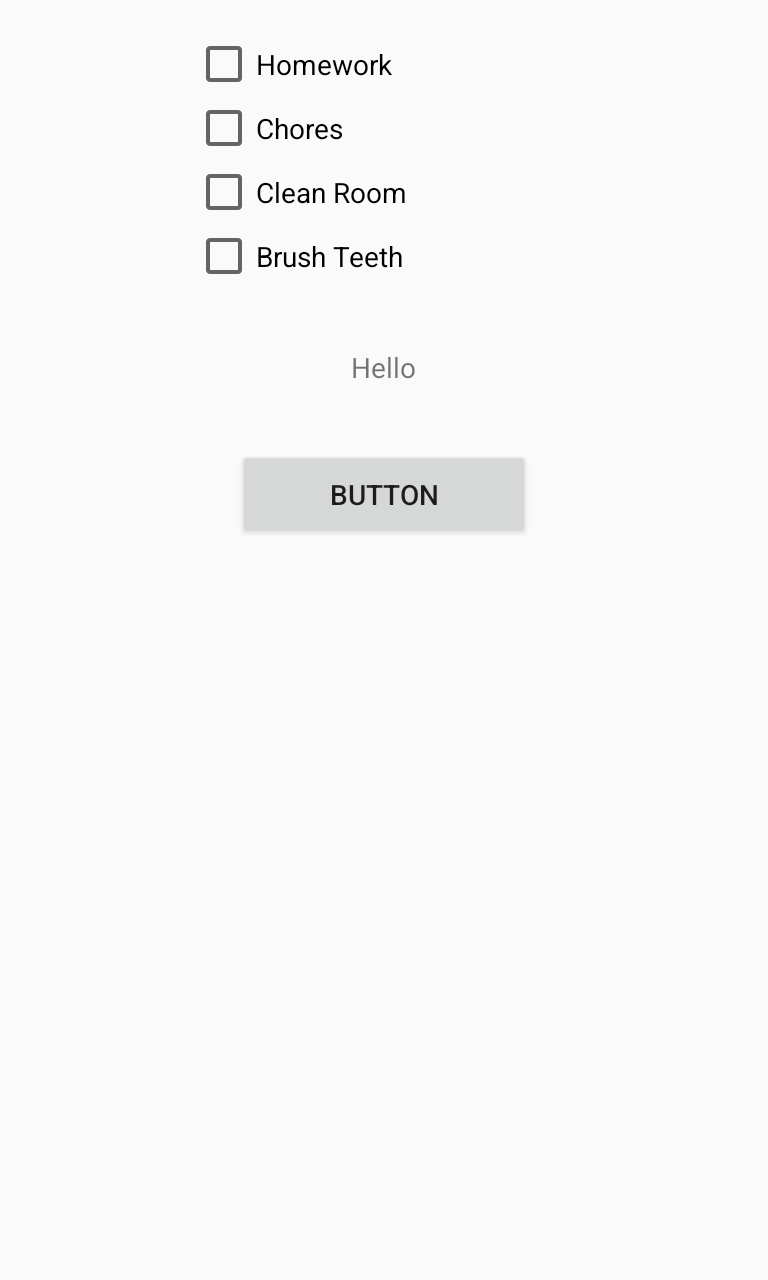
Repository: g80349/Java1
Layout: Week1 Project/ToDoList/res/layout/fragment_main.xml
The author's editor kept a copy of each file at every save. The layout is drawn from the files as they stood at one save, then again after the next save.
It is drawn on a 768 x 1280 px phone screen (xhdpi) without system bars, with theme AppTheme; the app's code is not run.

Above is the layout before, as saved 2014-04-03 17:21:50.

### Week1 Project/ToDoList/res/layout/fragment_main.xml
<LinearLayout xmlns:android="http://schemas.android.com/apk/res/android"
    xmlns:tools="http://schemas.android.com/tools"
    android:layout_width="match_parent"
    android:layout_height="match_parent"
    android:orientation="vertical"
    android:paddingBottom="@dimen/activity_vertical_margin"
    android:paddingLeft="@dimen/activity_horizontal_margin"
    android:paddingRight="@dimen/activity_horizontal_margin"
    android:paddingTop="@dimen/activity_vertical_margin"
    tools:context="com.example.todolist.MainActivity$PlaceholderFragment" >

    <CheckBox
        android:id="@+id/check_homework"
        android:layout_width="wrap_content"
        android:layout_height="wrap_content"
        android:layout_marginLeft="80dp"
        android:text="@string/check_homework" />

    <CheckBox
        android:id="@+id/check_chores"
        android:layout_width="wrap_content"
        android:layout_height="wrap_content"
        android:layout_marginLeft="80dp"
        android:text="@string/check_chores" />

    <CheckBox
        android:id="@+id/check_cleanRoom"
        android:layout_width="wrap_content"
        android:layout_height="wrap_content"
        android:layout_marginLeft="80dp"
        android:text="@string/check_cleanRoom" />

    <CheckBox
        android:id="@+id/check_brushTeeth"
        android:layout_width="wrap_content"
        android:layout_height="wrap_content"
        android:layout_marginLeft="80dp"
        android:text="@string/check_brushTeeth" />

    <TextView
        android:id="@+id/textView_toDo"
        android:layout_width="wrap_content"
        android:layout_height="wrap_content"
        android:layout_gravity="center_horizontal"
        android:layout_marginBottom="30dp"
        android:layout_marginTop="30dp"
        android:text="@string/textView_toDo" />

    <Button
        android:id="@+id/button1"
        android:layout_width="148dp"
        android:layout_height="wrap_content"
        android:layout_gravity="center"
        android:text="Button" />

</LinearLayout>

### Week1 Project/ToDoList/res/values/strings.xml
<?xml version="1.0" encoding="utf-8"?>
<resources>

    <string name="app_name">To Do List</string>
    <string name="check_homework">Homework</string>
    <string name="check_chores">Chores</string>
    <string name="check_cleanRoom">Clean Room</string>
    <string name="check_brushTeeth">Brush Teeth</string>
    <string name="button_clear">Clear</string>
    <string name="textView_toDo">Hello</string>
    <string name="action_settings">Settings</string>

</resources>

Loaded but not shown: Week1 Project/ToDoList/res/values/styles.xml (common file); Week1 Project/ToDoList/res/values-v11/styles.xml (common file); Week1 Project/ToDoList/res/values-v14/styles.xml (common file); Week1 Project/ToDoList/res/values/dimens.xml (common file); Week1 Project/ToDoList/res/values-w820dp/dimens.xml (common file)

After the next save:
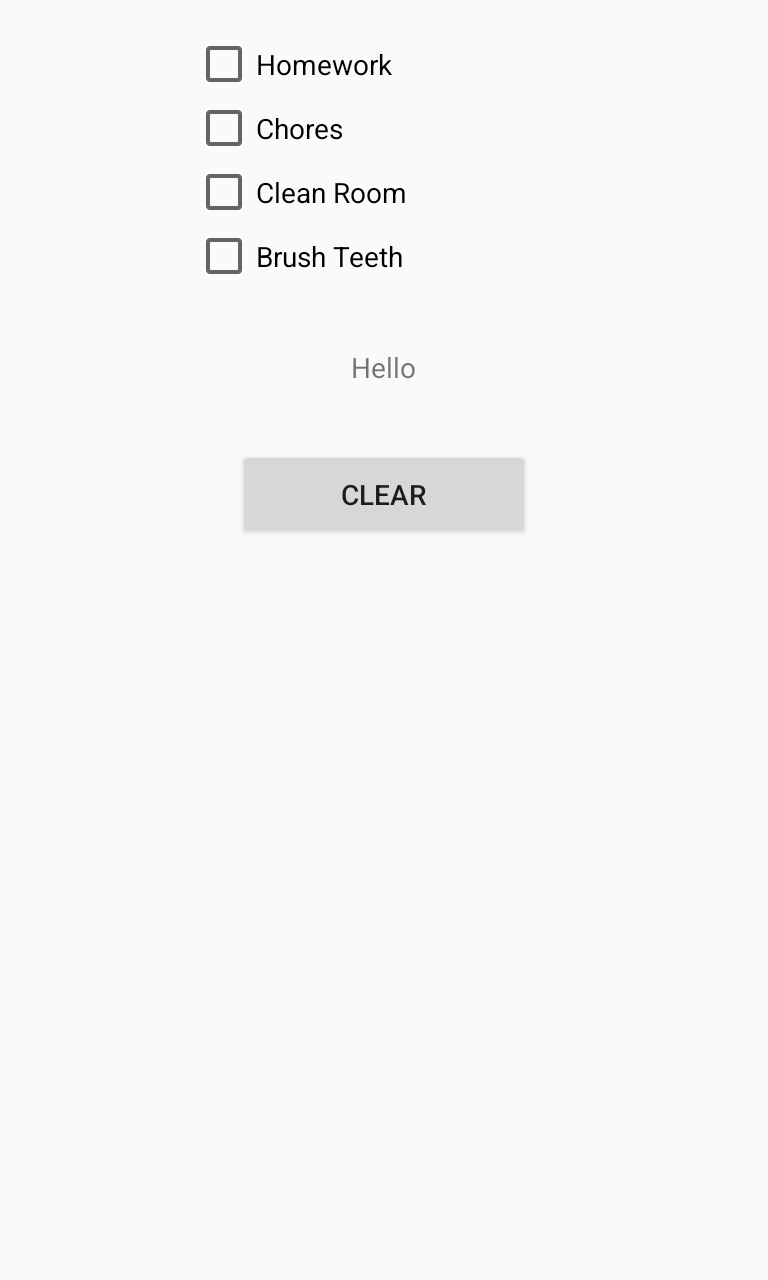
Saved 33 s later.
--- a/Week1 Project/ToDoList/res/layout/fragment_main.xml
+++ b/Week1 Project/ToDoList/res/layout/fragment_main.xml
@@ -47,10 +47,10 @@
         android:text="@string/textView_toDo" />
 
     <Button
-        android:id="@+id/button1"
+        android:id="@+id/button_clear"
         android:layout_width="148dp"
         android:layout_height="wrap_content"
         android:layout_gravity="center"
-        android:text="Button" />
+        android:text="@string/button_clear" />
 
 </LinearLayout>
